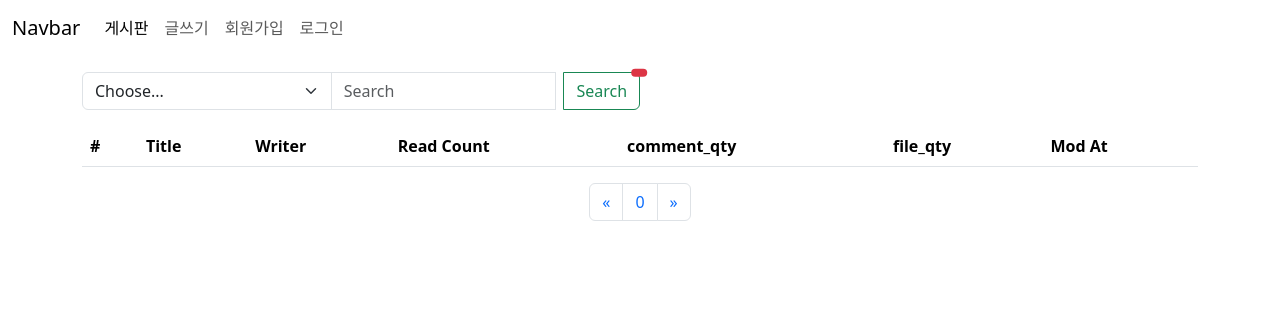
Repository: cmjii/240115SpringProject
Page: http://localhost/spring_test2/WEB-INF/views/board/list.jsp
These files come from the project's save history. The page is drawn as it stood at one moment and after the next save; the edit follows.
The browser window is 1280 px wide. The pictures show the whole page.
The page is served by Tomcat 9. Nobody is signed in. The template is opened directly, without the code that normally fills it, so the values that code supplies are empty.

Above is the page before, as saved 2024-01-11 02:45:55.

After the next save:
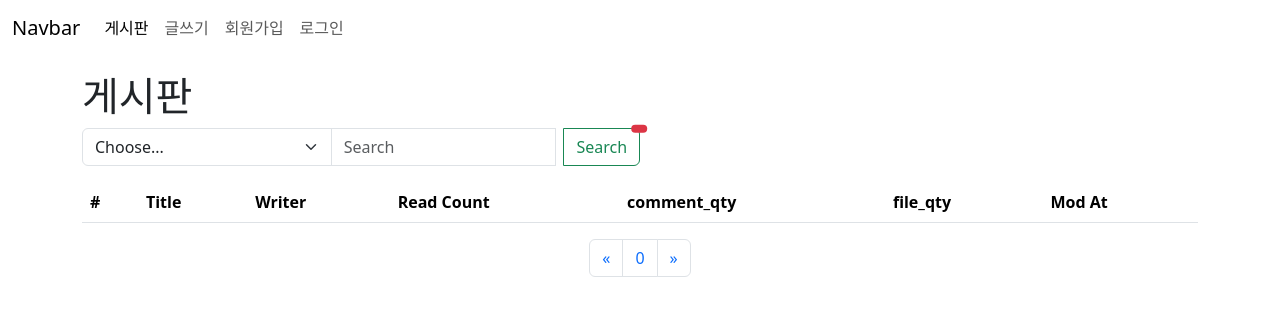
Saved 59 min 16 s later.
--- a/spring_test2/src/main/webapp/WEB-INF/views/board/list.jsp
+++ b/spring_test2/src/main/webapp/WEB-INF/views/board/list.jsp
@@ -3,6 +3,7 @@
 <%@ taglib uri="http://java.sun.com/jsp/jstl/core" prefix="c"%>
 <jsp:include page="../layout/header.jsp" />
 <div class="container my-3">
+<h1>게시판</h1>
 <!-- search line -->
 <div class="col-sm-12 col-md-6">
 	<form action="/board/list" method="get">
